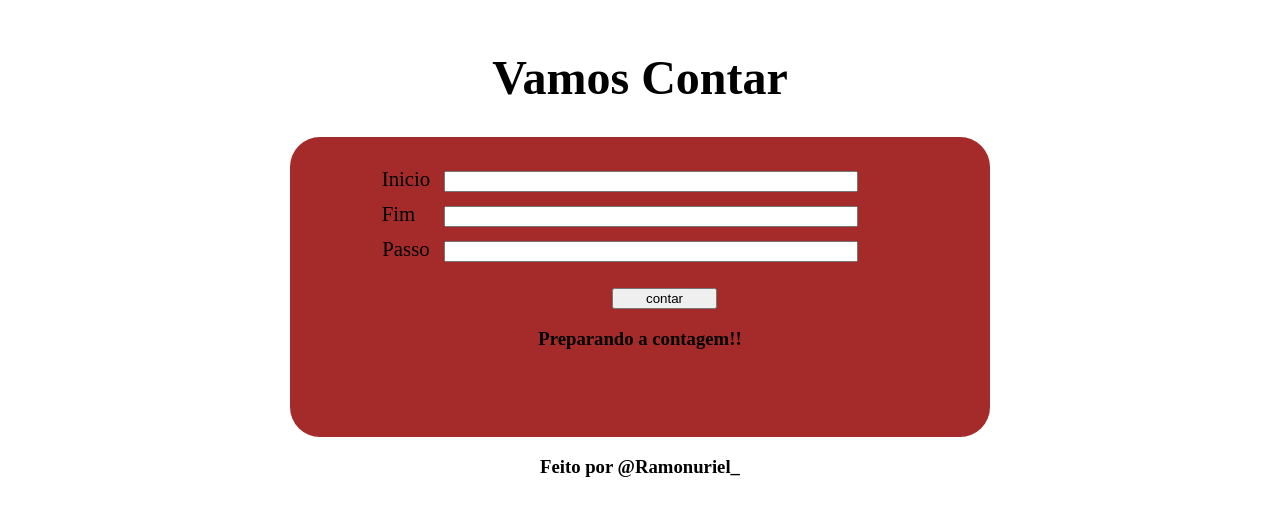
Repository: Ramonuriel/JS-Projetos
Page: Contador automatico/exercicio.html
An editor plug-in stored every save of this project. The page is shown before and after the next save, followed by the edit.
The browser window is 1280 px wide. The pictures show the whole page.

Above is the page before, as saved 2022-12-27 21:14:53.

After the next save:
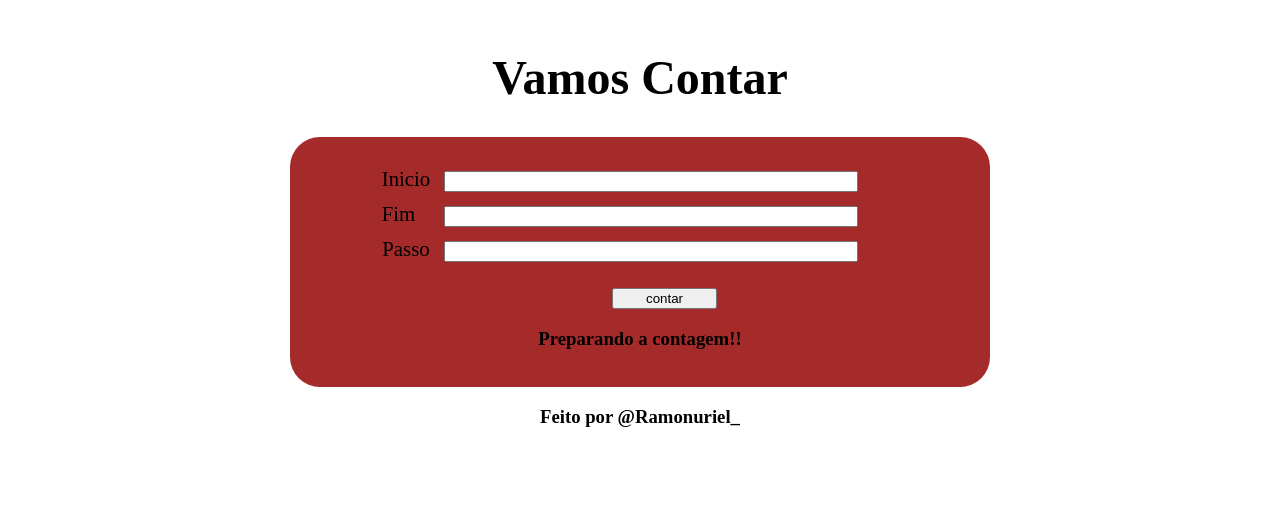
Saved 4 s later.
--- a/Contador automatico/style.css
+++ b/Contador automatico/style.css
@@ -15,7 +15,7 @@ body {
   flex-direction: column;
   width: 700px;
   max-height: 100%;
-  height: 300px;
+  height: 250px;
   background-color: brown;
   align-items: left;
   justify-content: start;
